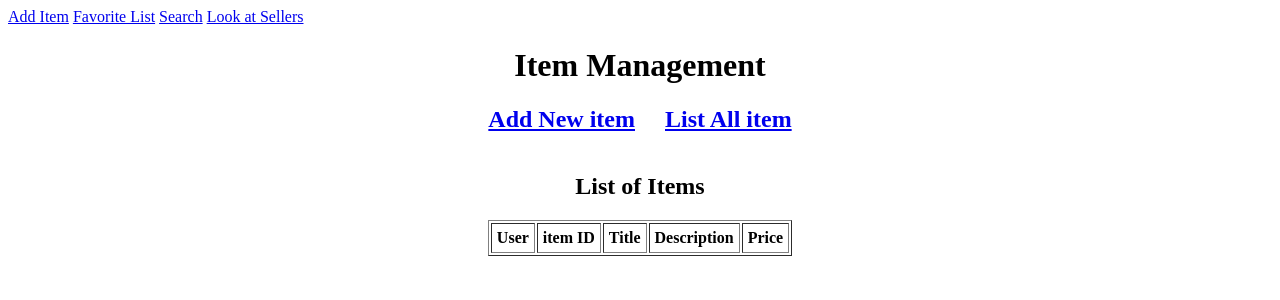
Repository: HamdanM/DatabaseProject
Page: http://localhost/DB3/itemList.jsp
The author's editor kept a copy of each file at every save. The page is drawn from the files as they stood at one save, then again after the next save.
The browser window is 1280 px wide. The pictures show the whole page.
The page is served by Tomcat 9. The template is opened directly, without the code that normally fills it, so the values that code supplies are empty.

Above is the page before, as saved 2019-07-25 12:22:42.

After the next save:
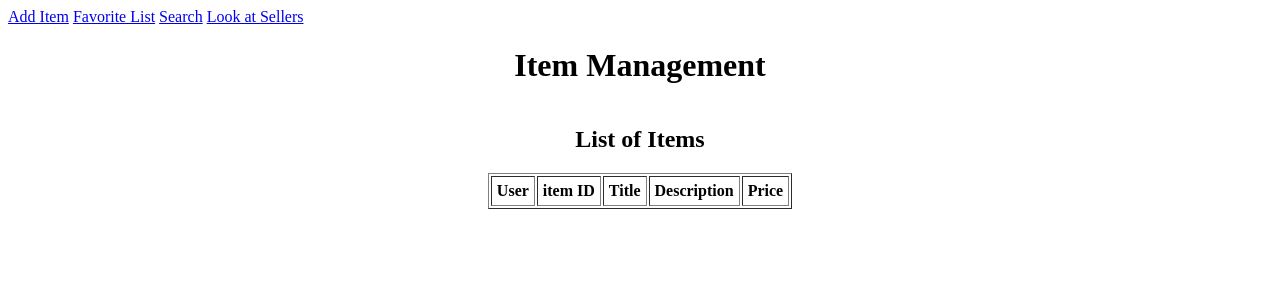
Saved 87 min 41 s later.
--- a/DB3/WebContent/itemList.jsp
+++ b/DB3/WebContent/itemList.jsp
@@ -15,9 +15,6 @@
     <center>
         <h1>Item Management</h1>
         <h2>
-            <a href="insert">Add New item</a>
-            &nbsp;&nbsp;&nbsp;
-            <a href="list">List All item</a>
 
         </h2>
     </center>
